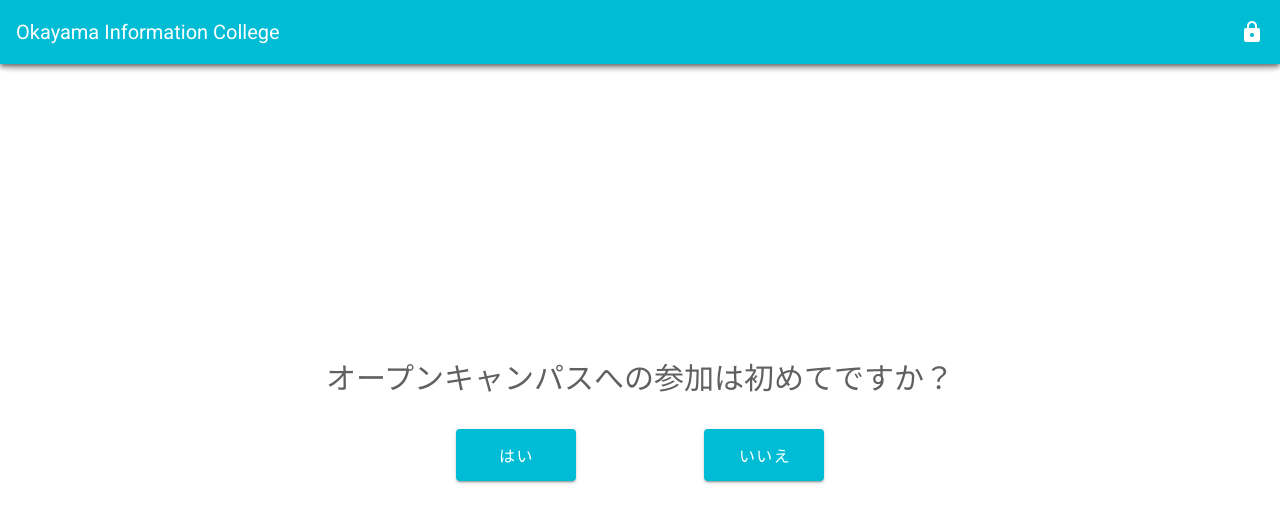
Repository: taniwhy/open-campus-system
Page: / (app in client_view/)
These files come from the project's save history. The page is drawn as it stood at one moment and after the next save; the edit follows.
The browser window is 1280 px wide. The pictures show the whole page.
The project was rebuilt for these pictures with package versions that can differ from the ones it lists, and the page was loaded fresh each time. Also part of the build but not shown: client_view/vue.config.js, client_view/src/components/Register.vue, client_view/src/components/Reregister.vue, client_view/src/components/Base_form.vue, client_view/src/components/Confirmation.vue, client_view/src/components/Reconfirmation.vue, client_view/src/components/Login.vue, client_view/src/components/Admin.vue and 3 more.

Above is the page before, as saved 2019-12-06 23:07:59.

### client_view/public/index.html
<!DOCTYPE html>
<html lang="en">
  <head>
    <meta charset="utf-8">
    <meta http-equiv="X-UA-Compatible" content="IE=edge">
    <meta name="viewport" content="width=device-width,initial-scale=1.0">
    <link rel="icon" href="<%= BASE_URL %>favicon.ico">
    <title>client_view</title>
    <link rel="stylesheet" href="https://fonts.googleapis.com/css?family=Roboto:100,300,400,500,700,900">
    <link rel="stylesheet" href="https://cdn.jsdelivr.net/npm/@mdi/font@latest/css/materialdesignicons.min.css">
  </head>
  <body>
    <noscript>
      <strong>We're sorry but client_view doesn't work properly without JavaScript enabled. Please enable it to continue.</strong>
    </noscript>
    <div id="app"></div>
    <!-- built files will be auto injected -->
  </body>
</html>

### client_view/src/main.js
import Vue from 'vue'
import App from './App.vue'
import router from './router'
import store from './store'
import vuetify from './plugins/vuetify';

Vue.config.productionTip = false;
Vue.config.devtools = true;

new Vue({
    router,
    store,
    vuetify,
    render: h => h(App)
}).$mount('#app')

### client_view/src/App.vue
<template>
  <v-app>
    <v-app-bar app clipped-left>
      <v-app-bar-nav-icon @click.stop="drawer = !drawer" />
      <v-toolbar-title>Application</v-toolbar-title>
    </v-app-bar>
    <router-view></router-view>
  </v-app>
</template>

<script>
export default {
  name: "App",

  components: {},

  data: () => ({
    //
  })
};
</script>

### client_view/src/router/index.js
import Vue from 'vue'
import VueRouter from 'vue-router'
import Branch from '../components/Branch.vue'
import Register from '../components/Register.vue'
import Reregister from '../components/Reregister.vue'
import Base_form from '../components/Base_form.vue'
import Confirmation from '../components/Confirmation.vue'
import Reconfirmation from '../components/Reconfirmation.vue'
import Login from '../components/Login.vue'
import Admin from '../components/Admin.vue'
import Base from '../components/Base.vue'
import Allparticipant from '../components/Allparticipant.vue'
import Participant_confirmation from '../components/Participant_confirmation.vue'
import Participant_register from '../components/Participant_register.vue'

Vue.use(VueRouter)

const routes = [{
        path: '/',
        component: Base,
        children: [{
            path: '/',
            component: Branch
        }]
    },
    {
        path: '/register',
        component: Base_form,
        children: [{
                path: '/',
                component: Register
            },
            {
                path: '/confirmation',
                component: Confirmation
            },
            {
                path: '/re_register',
                component: Reregister
            },
            {
                path: '/re_confirmation',
                component: Reconfirmation

            },
            {
                path: '/participant_confirmation',
                component: Participant_confirmation
            },
            {
                path: '/participant_register',
                component: Participant_register
            }
        ]
    },
    {
        path: '/login',
        name: 'login',
        component: Login
    },
    {
        path: '/admin',
        name: 'admin',
        component: Admin,
        children: [{
            path: '/',
            component: Allparticipant
        }]
    },
]

const router = new VueRouter({
    routes,
    scrollBehavior(to, from, savedPosition) {
        if (savedPosition) {
            return savedPosition
        } else {
            return {
                x: 0,
                y: 0
            }
        }
    }
})

export default router

### client_view/src/store/index.js
import Vue from 'vue'
import Vuex from 'vuex'
import axios from 'axios'
import routes from '../router/index'
Vue.use(Vuex)

axios.defaults.xsrfCookieName = 'csrftoken'
axios.defaults.xsrfHeaderName = 'X-CSRFToken'

export default new Vuex.Store({
    state: {
        idToken: "",
        loggedIn: false,
        login_error: false,
        loading: false
    },
    getters: {
        idToken: state => state.idToken,
        loggedIn: state => state.loggedIn,
        login_error: state => state.login_error,
        loading: state => state.loading
    },
    mutations: {
        storeIdToken(state, idToken) {
            state.idToken = idToken;
            state.loggedIn = true
        },
        remove_storeIdToken(state) {
            state.idToken = "";
            state.loggedIn = false
        },
        login_success(state) {
            state.login_error = false
        },
        login_error(state) {
            state.login_error = true
        },
        loading_on(state) {
            state.loading = true
        },
        loading_off(state) {
            state.loading = false
        }
    },
    actions: {
        login({
            commit
        }, auth) {
            commit('login_success')
            commit('loading_on')
            axios
                .post("http://127.0.0.1:8000/auth/", {
                    username: auth.username,
                    password: auth.password,
                })
                .then(response => {
                    console.log(response)
                    commit('storeIdToken', response.data)
                    routes.push("/admin")
                }).catch(error => {
                    console.log(error.response);
                    commit('loading_off')
                    commit('login_error')
                });
        },
        logout({
            commit
        }) {
            commit('remove_storeIdToken')
            routes.push("/login")
        }
    }
})

### client_view/src/components/Branch.vue
<template>
  <v-app>
    <v-content>
      <v-container class="fill-height" fluid>
        <v-col>
          <v-row align="center" justify="center">
            <div max-width="95%">
              <p style="font-size: 30px;color: #606060;">オープンキャンパスへの参加は初めてですか？</p>
            </div>
          </v-row>
          <v-row align="center" justify="center">
            <v-col align="end" cols="5">
              <v-btn class="white--text" to="/register" x-large color="cyan" width="120px">はい</v-btn>
            </v-col>
            <v-col cols="1"></v-col>
            <v-col align="start" cols="5">
              <v-btn class="white--text" to="/re_register" x-large color="cyan" width="120px">いいえ</v-btn>
            </v-col>
          </v-row>
        </v-col>
      </v-container>
    </v-content>
  </v-app>
</template>


<script src="//ajax.googleapis.com/ajax/libs/jquery/1.11.0/jquery.min.js"></script>

<script>
export default {
  name: "Home",
  data: () => ({}),
  mounted: function() {
  /**
   * ブラウザバックの無効化
   */
    history.pushState(null, null, null);
    window.addEventListener("popstate", function() {
      history.pushState(null, null, null);
    });
  }
};
</script>

### client_view/src/components/Base.vue
<template>
  <v-app>
    <v-app-bar app color="cyan" dark>
      <v-toolbar-title>Okayama Information College</v-toolbar-title>
      <v-spacer></v-spacer>
      <v-btn icon to="/login">
        <v-icon>mdi-lock</v-icon>
      </v-btn>
    </v-app-bar>
    <router-view></router-view>
  </v-app>
</template>

<script>
export default {
  data: () => ({
    drawer: false
  })
};
</script>

Loaded but not shown: client_view/src/plugins/vuetify.js (common file)

After the next save:
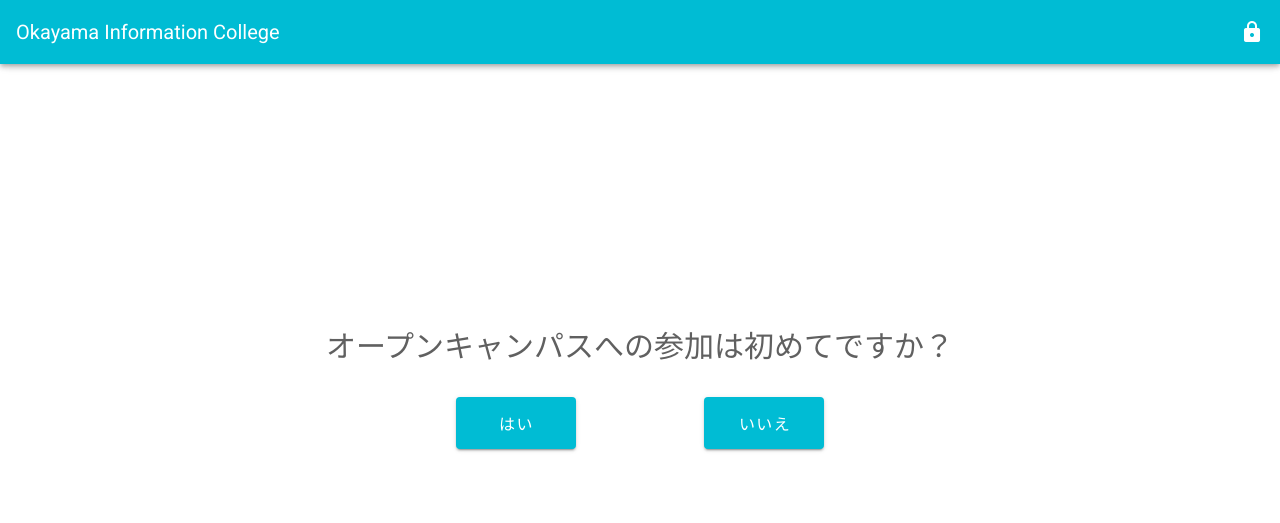
Saved 4 min 10 s later.
--- a/client_view/src/App.vue
+++ b/client_view/src/App.vue
@@ -1,9 +1,5 @@
 <template>
   <v-app>
-    <v-app-bar app clipped-left>
-      <v-app-bar-nav-icon @click.stop="drawer = !drawer" />
-      <v-toolbar-title>Application</v-toolbar-title>
-    </v-app-bar>
     <router-view></router-view>
   </v-app>
 </template>
@@ -11,9 +7,7 @@
 <script>
 export default {
   name: "App",
-
   components: {},
-
   data: () => ({
     //
   })
